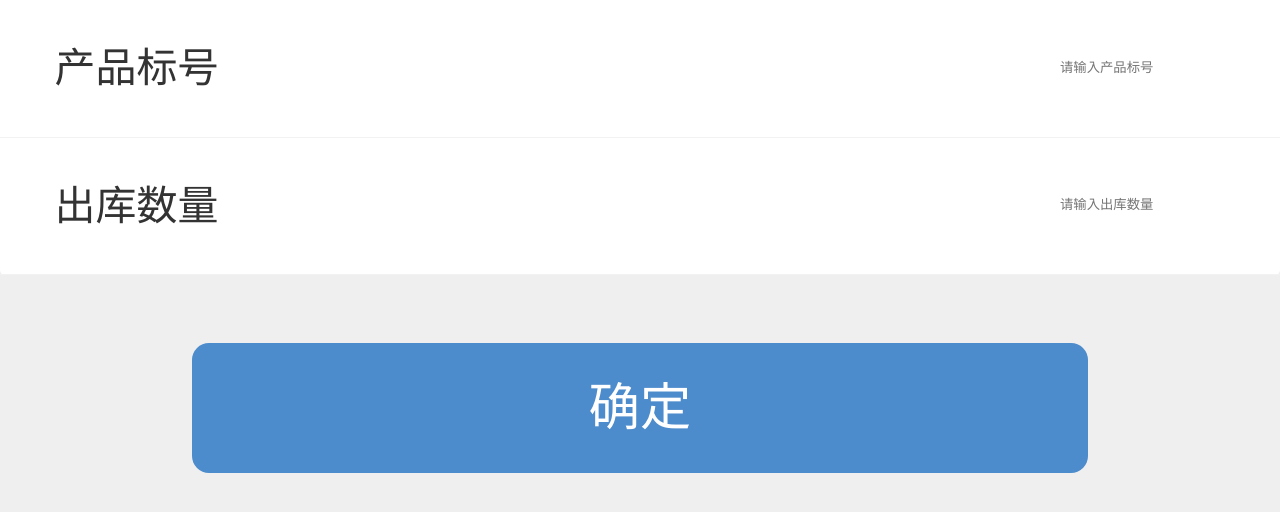
Repository: missing-star/produce
Page: checkout.html
These files come from the project's save history. The page is drawn as it stood at one moment and after the next save; the edit follows.
The browser window is 1280 px wide. The pictures show the whole page.

Above is the page before, as saved 2019-05-21 14:15:21.

After the next save:
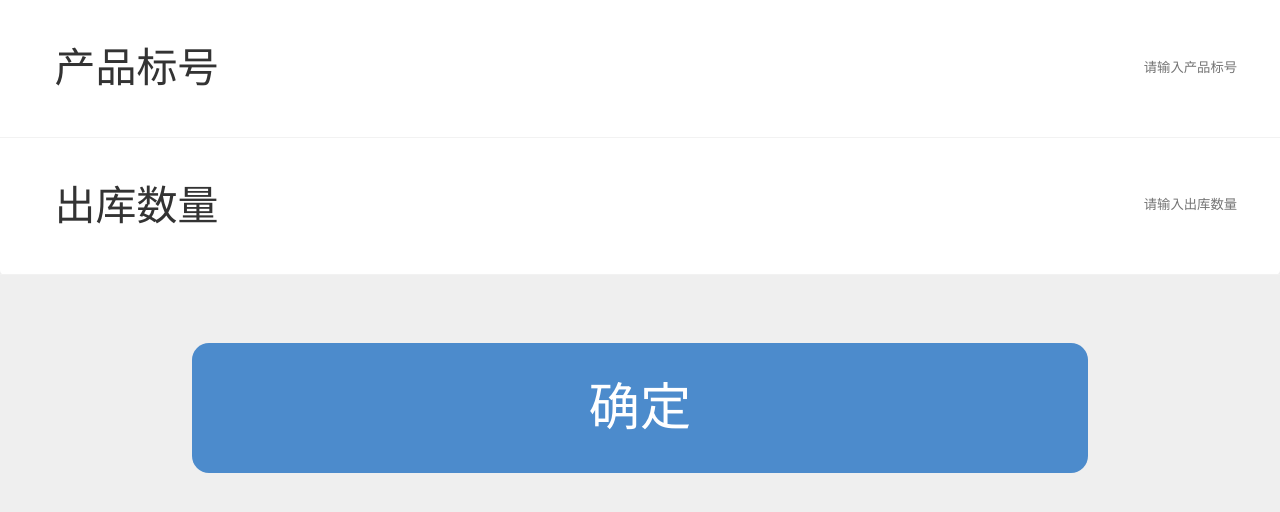
Saved 78 s later.
--- a/css/checkout.css
+++ b/css/checkout.css
@@ -38,4 +38,5 @@
     background: transparent;
     outline: none;
     line-height: 0.36rem;
+    text-align: right;
 }
